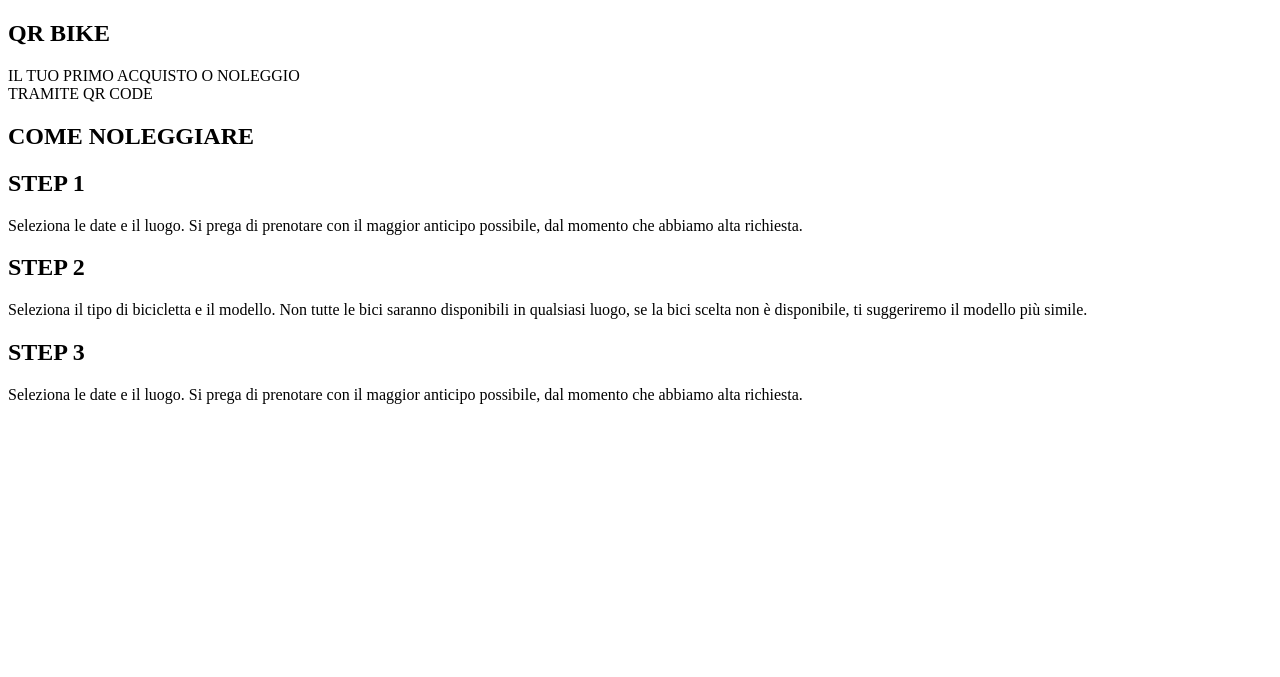
Repository: andrealepori/qrbike
Page: index.html
An editor plug-in stored every save of this project. The page is shown before and after the next save, followed by the edit.
The browser window is 1280 px wide. The pictures show the whole page.

Above is the page before, as saved 2020-09-16 21:35:52.

### index.html
<!DOCTYPE html>
<html lang="en">
<head>
    <meta charset="UTF-8">
    <meta name="viewport" content="width=device-width, initial-scale=1.0">
    <title>Home - QR BIKE</title>


	<link type="text/css" rel="stylesheet" href="css/style.css" />

</head>
<body>



  <section id="hero1" class="hero">





    <div class="inner">

      <h1 class="yellowtitle"> QR BIKE</h1>
      <p class="subtitle">IL TUO PRIMO ACQUISTO O NOLEGGIO <br> TRAMITE QR CODE</p>
      </div>

  </section>




<section>

      <h1 class="titolo">COME NOLEGGIARE </h1>

    </div>
    </div>
  </section>



  <div class="support-grid"></div>

  <section class="grid-1">
    <div class="item-1">
      <h1 class="step"><bold>STEP 1</bold> </h1>


      <p class="nero">
        Seleziona le date e il luogo.
        Si prega di prenotare con il maggior anticipo possibile,
         dal momento che abbiamo alta richiesta. </p>
    </div>
    <div class="item-2">

      <h1 class="step"><bold>STEP 2</bold> </h1>


      <p class="nero">
        Seleziona il tipo di bicicletta e il modello.
         Non tutte le bici saranno disponibili in qualsiasi luogo, se la bici scelta non è disponibile,
        ti suggeriremo il modello più simile.
        </p>


    </div>
    <div class="item-3">


      <h1 class="step"><bold>STEP 3
      </bold> </h1>


      <p class="nero">
        Seleziona le date e il luogo.
        Si prega di prenotare con il maggior anticipo possibile,
                dal momento che abbiamo alta richiesta.

        </p>


    </div>

  </section>






</body>
</html>

Loaded but not shown: style.css (no stored copy; drawn as an empty file)

After the next save:
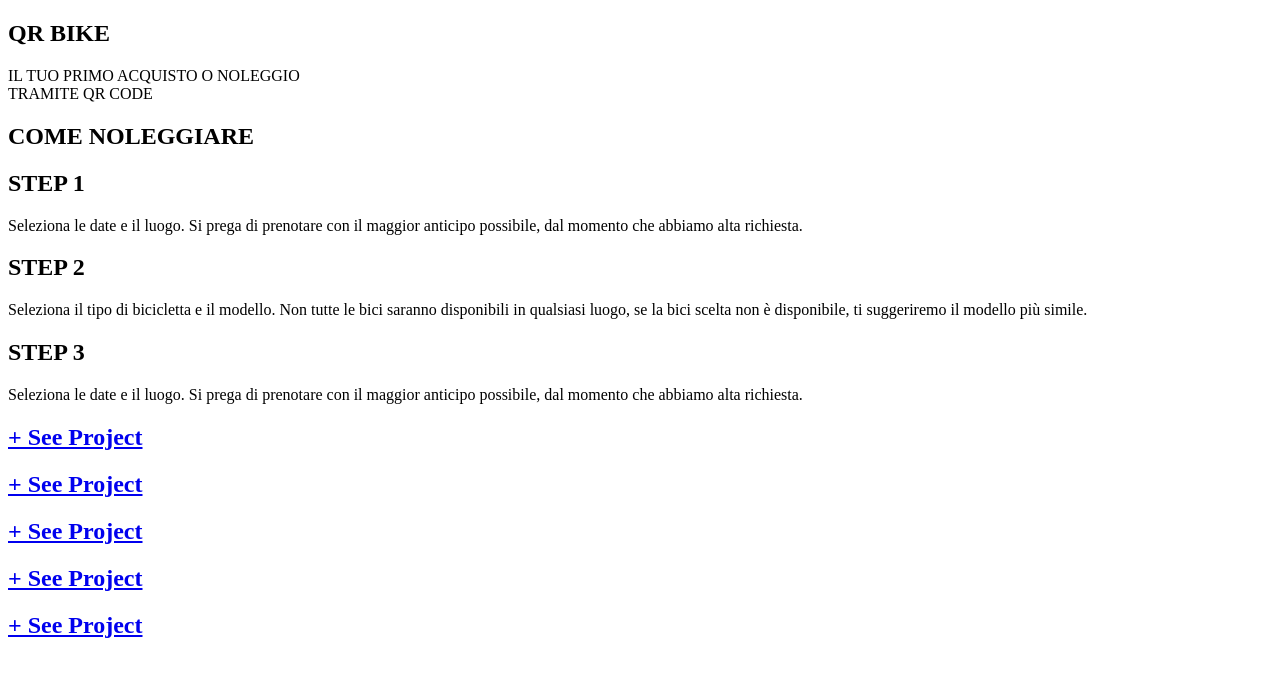
Saved 15 min 24 s later.
--- a/index.html
+++ b/index.html
@@ -85,6 +85,52 @@
   </section>
 
 
+  <div class="bordi">
+		<div class="container-fluid p-md-0 ">
+			<div class="row portfolios-area">
+				<div class="mix col-lg-6 col-md-6 web">
+					<a href="img/portfolio/1.jpg" class="portfolio-item set-bg" data-setbg="img/portfolio/1.jpg">
+						<div class="pi-inner">
+							<h2>+ See Project</h2>
+						</div>
+					</a>
+				</div>
+				<div class="mix col-lg-6 col-md-6 digital">
+					<a href="img/portfolio/2.jpg" class="portfolio-item set-bg " data-setbg="img/portfolio/2.jpg">
+						<div class="pi-inner">
+							<h2>+ See Project</h2>
+						</div>
+					</a>
+				</div>
+
+				<div class="container-fluid p-md-0 ">
+					<div class="row portfolios-area">
+						<div class="mix col-lg-6 col-md-6 web">
+							<a href="img/portfolio/1.jpg" class="portfolio-item set-bg" data-setbg="img/portfolio/1.jpg">
+								<div class="pi-inner">
+									<h2>+ See Project</h2>
+								</div>
+							</a>
+						</div>
+						<div class="mix col-lg-6 col-md-6 digital">
+							<a href="img/portfolio/2.jpg" class="portfolio-item set-bg " data-setbg="img/portfolio/2.jpg">
+								<div class="pi-inner">
+									<h2>+ See Project</h2>
+								</div>
+							</a>
+						</div>
+
+					</a>
+				</div>
+				<div class="mix col-lg-12 col-md-6 brand">
+					<a href="img/portfolio/6.jpg" class="portfolio-item set-bg" data-setbg="img/portfolio/6.jpg">
+						<div class="pi-inner">
+							<h2>+ See Project</h2>
+						</div>
+					</a>
+				</div>
+
+			</div>
 
 
 
